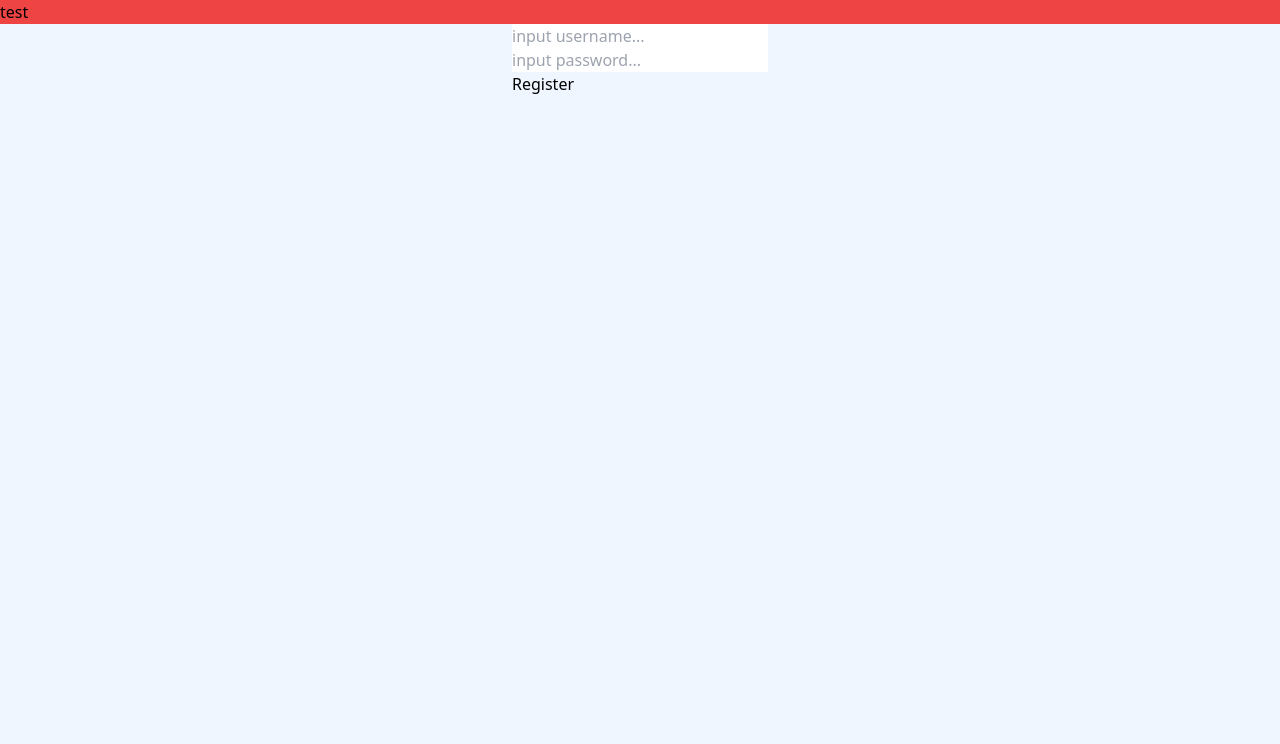
Repository: HAONANTAO/MERN_chat_app
Page: / (app in client/)
An editor plug-in stored every save of this project. The page is shown before and after a run of saves, followed by the edit.
The browser window is 1280 px wide. The pictures show the whole page.
The project was rebuilt for these pictures with package versions that can differ from the ones it lists, and the page was loaded fresh each time. Also part of the build but not shown: client/vite.config.js.

Above is the page before, as saved 2024-03-18 15:26:59.

### client/src/App.jsx
import Register from "./Register";

function App() {
  return (
    <>
      <div className="bg-red-500">test</div>
      <Register></Register>
    </>
  );
}

export default App;

### client/src/Register.jsx
import React from "react";

const Register = () => {
  return (
    <div className="bg-blue-50 h-screen">
      {/* margin auto == center */}
      <form className="w-64 mx-auto">
        <input
          type="text"
          placeholder="input username..."
          className="block w-full"></input>
        <input
          type="password"
          placeholder="input password..."
          className="block w-full"></input>
          <button> Register</button>
      </form>
    </div>
  );
};

export default Register;

### client/tailwind.config.js
/** @type {import('tailwindcss').Config} */
export default {
  content: ["./src/*.jsx"],
  theme: {
    extend: {},
  },
  plugins: [],
};

Loaded but not shown: client/index.html (common file); client/src/main.jsx (common file); client/src/index.css (common file)

After the next 2 saves:
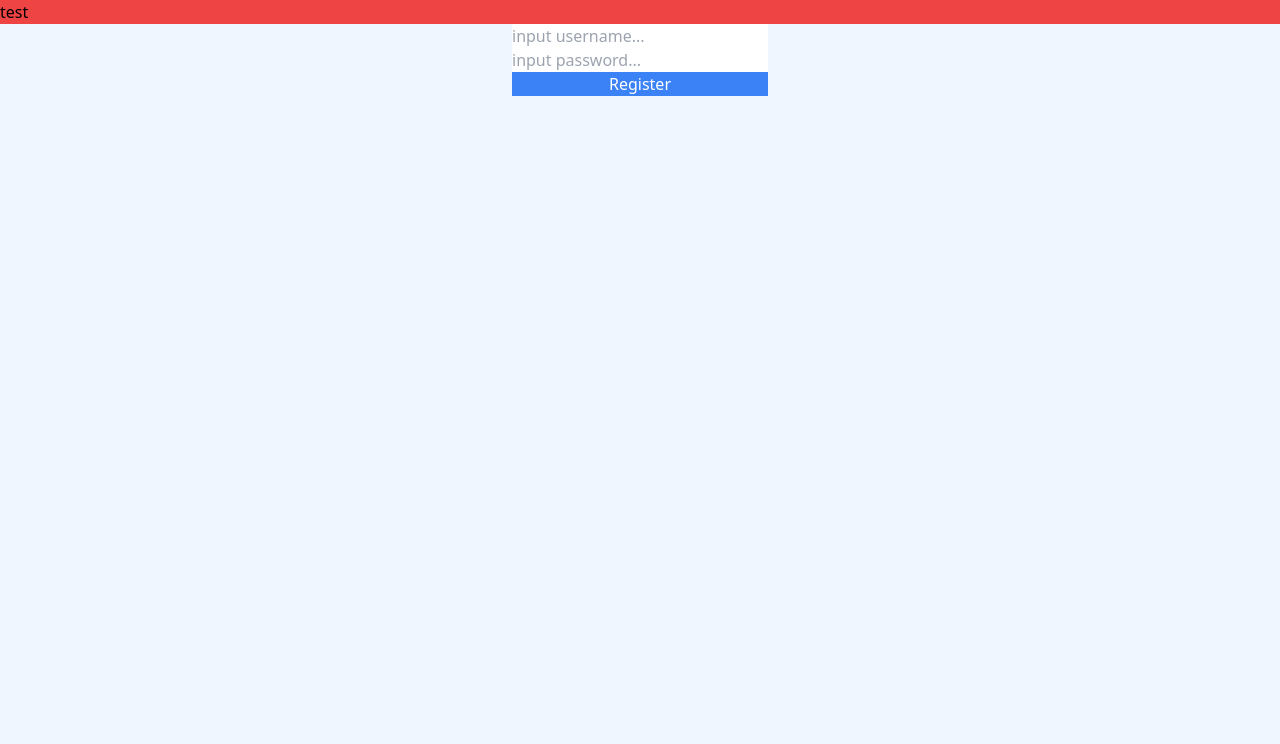
The 2 saves are shown as one change because they came seconds apart.
The last was saved 14 s later.
--- a/client/src/Register.jsx
+++ b/client/src/Register.jsx
@@ -13,7 +13,9 @@ const Register = () => {
           type="password"
           placeholder="input password..."
           className="block w-full"></input>
-          <button> Register</button>
+        <button className="bg-blue-500 text-white block w-full">
+          Register
+        </button>
       </form>
     </div>
   );
